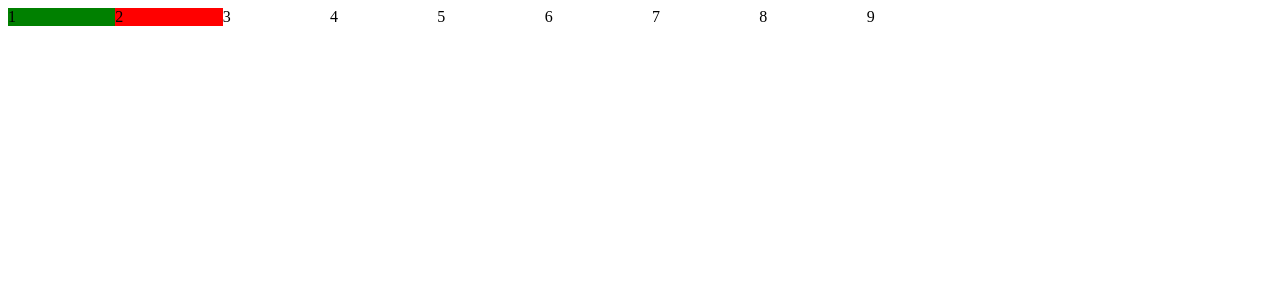
Repository: motiejus1/09-paskaita-05.31
Page: index.html
The author's editor kept a copy of each file at every save. The page is drawn from the files as they stood at one save, then again after the next save.
The browser window is 1280 px wide. The pictures show the whole page.

Above is the page before, as saved 2021-06-15 18:48:59.

### index.html
<!DOCTYPE html>
<html lang="en">
<head>
    <meta charset="UTF-8">
    <meta http-equiv="X-UA-Compatible" content="IE=edge">
    <meta name="viewport" content="width=device-width, initial-scale=1.0">
    <title>9 paskaita</title>
    <style>
        .grid-container {
            display: grid;
            grid-template-columns: auto auto auto auto auto auto auto auto auto auto auto auto;
        }

        .zalia {
            background-color: green;
        }

        .raudona {
            background-color: red;
        }

        .geltona {
            background: greenyellow;
        }
    </style>
</head>
<body>
    <div class="grid-container">
        <div class="grid-item zalia">1</div>
        <div class="grid-item raudona">2</div>
        <div class="grid-item">3</div>
        <div class="grid-item">4</div>
        <div class="grid-item">5</div>
        <div class="grid-item">6</div>
        <div class="grid-item">7</div>
        <div class="grid-item">8</div>
        <div class="grid-item">9</div>
    </div>

</body>
</html>

After the next save:
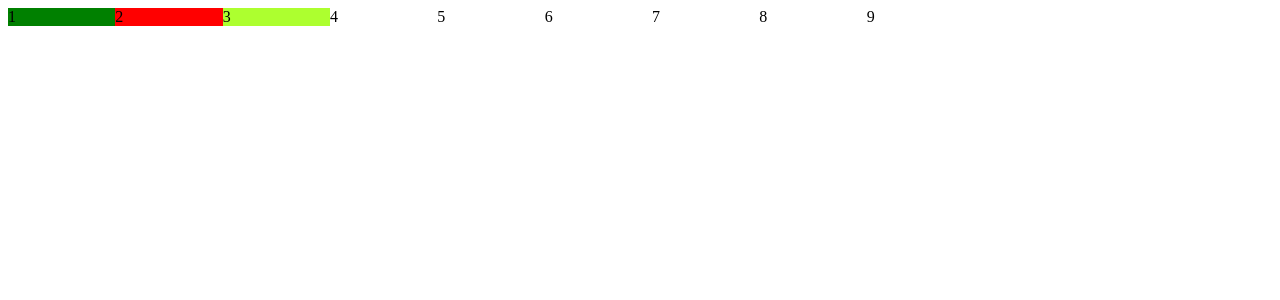
Saved 4 s later.
--- a/index.html
+++ b/index.html
@@ -28,7 +28,7 @@
     <div class="grid-container">
         <div class="grid-item zalia">1</div>
         <div class="grid-item raudona">2</div>
-        <div class="grid-item">3</div>
+        <div class="grid-item geltona">3</div>
         <div class="grid-item">4</div>
         <div class="grid-item">5</div>
         <div class="grid-item">6</div>
